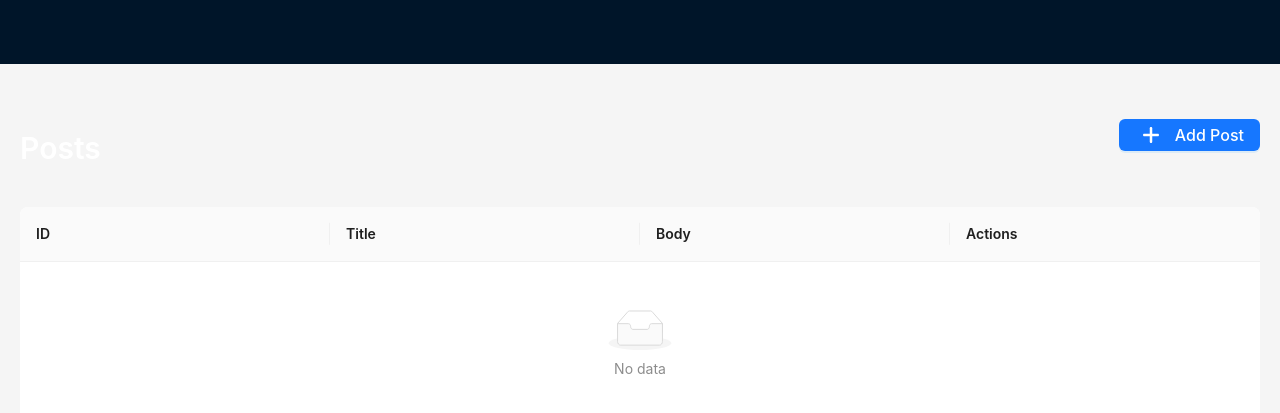
Repository: yasserrrz/Denamo-posts
Page: /
The author's editor kept a copy of each file at every save. The page is drawn from the files as they stood at one save, then again after a run of saves.
The browser window is 1280 px wide. The pictures show the whole page.
The page's requests for data from a server got no answer. The project was rebuilt for these pictures with package versions that can differ from the ones it lists, and the page was loaded fresh each time. No one was signed in, and anything a server would have sent is missing. Also part of the build but not shown: src/components/PostForm.tsx.

Above is the page before, as saved 2024-11-28 16:02:21.

### src/App.tsx
import React, { useState } from 'react';
import { Button, Layout, Modal, Typography } from 'antd';
import DataTable from './components/DataTable';
// import AddPostForm from './components/AddPostForm';
import './App.css';
import PostForm from './components/PostForm';
import {ReactComponent as AddIcon} from "./assets/add-277.svg";
const { Header, Content } = Layout;
const { Title } = Typography;


const App: React.FC = () => {
  const [isModalOpen, setIsModalOpen] = useState(false);
  return (<>
    <Layout style={{ minHeight: '100vh' }}>
      <Header  style={{ color: 'white', textAlign: 'center'   }}>

      </Header>

      <Content style={{ padding: '20px' }}>
         <div style={{marginTop: '20px ' , marginBottom: '20px' , display: 'flex', justifyContent: 'space-between' , alignItems: 'center' }}>
         <Title level={2} style={{ color: 'white' , textAlign: 'center' , marginBottom:"0" }}>
          Posts
        </Title>
         <Button onClick={()=>{setIsModalOpen(true)}} style={{fontSize: '16px' , fontWeight: '500' , padding: '15px'}} type="primary"><AddIcon/> Add Post</Button>
         </div>
        <div style={{ marginTop: '40px' }}>
          <DataTable />
        </div>
      </Content>
    </Layout>
    <Modal open={isModalOpen} title="Add New Post" centered width={800} onCancel={() => setIsModalOpen(false)} footer={null}>
      <PostForm  setIsModalOpen={setIsModalOpen} />
    </Modal>
  </>
  );
};

export default App;

### src/components/DataTable.tsx
import React, { useEffect, useState } from 'react';
import { Table, Button, Modal, Form, Input, notification } from 'antd';
import axios from 'axios';
import { Post } from '../types/Post';
import {ReactComponent as EditIcon} from "../assets/edit.svg"
import {ReactComponent as DeleteIcon} from "../assets/delete-icon-1.svg"
const DataTable: React.FC = () => {
  const [posts, setPosts] = useState<Post[]>([]);
  const [loading, setLoading] = useState<boolean>(true);
  const [editingPost, setEditingPost] = useState<Post | null>(null);
  const [isModalOpen, setIsModalOpen] = useState<boolean>(false);
  const [deleteModalOpen, setDeleteModalOpen] = useState<boolean>(false);

  useEffect(() => {
    const fetchData = async () => {
      setLoading(true);
      try {
        const response = await axios.get<Post[]>('https://jsonplaceholder.typicode.com/posts');
        setPosts(response.data);
      } catch (error) {
        console.log(error);
      } finally {
        setLoading(false);
      }
    };

    fetchData();
  }, []);

  const handleEdit = (post: Post) => {
    setEditingPost(post);
    setIsModalOpen(true);
  };

  const handleUpdatePost = async (values: Omit<Post, 'id'>) => {
    if (!editingPost) return;

    try {
      const response = await axios.put<Post>(
        `https://jsonplaceholder.typicode.com/posts/${editingPost.id}`,
        values
      );
      setPosts((prev) =>
        prev.map((post) => (post.id === editingPost.id ? { ...post, ...response.data } : post))
      );
      notification.success({
        message: 'Post Updated',
        description: `Post with ID ${editingPost.id} was updated successfully.`,
      });
    } catch (error) {
      notification.error({
        message: 'Error',
        description: 'Failed to update the post.',
      });
    } finally {
      setIsModalOpen(false);
      setEditingPost(null);
    }
  };

  const handleDelete = async (id: number) => {
    try {
      await axios.delete(`https://jsonplaceholder.typicode.com/posts/${id}`);
      setPosts((prev) => prev.filter((post) => post.id !== id));
      notification.success({
        message: 'Post Deleted',
        description: `Post with ID ${id} was deleted successfully.`,
      });
    } catch (error) {
      notification.error({
        message: 'Error',
        description: 'Failed to delete the post.',
      });
    }
    setDeleteModalOpen(false);
  };

  const columns = [
    {
      title: 'ID',
      dataIndex: 'id',
      key: 'id',
    },
    {
      title: 'Title',
      dataIndex: 'title',
      key: 'title',
    },
    {
      title: 'Body',
      dataIndex: 'body',
      key: 'body',
    },
    {
      title: 'Actions',
      key: 'actions',
      render: (text: any, record: Post) => (
        <div style={{ width: '100%', display: 'flex', gap: '10px', justifyContent: 'space-around' }}>
          <Button type="primary"  onClick={() => handleEdit(record)}>
            <EditIcon/>
          </Button>
          <Button type={"primary"} danger onClick={() => {
            setEditingPost(record);
            setDeleteModalOpen(true);
          }}>
            <DeleteIcon/>
          </Button>
        </div>
      ),
    },
  ];

  return (
    <>
      <Table
        dataSource={posts}
        columns={columns}
        rowKey="id"
        loading={loading}
        scroll={{ y: "calc(100vh - 250px)",  x: 700}}
        pagination={{ pageSize: 10 }}
      />

      {/* Edit Modal */}
      <Modal
        title="Edit Post"
        open={isModalOpen}
        onCancel={() => setIsModalOpen(false)}
        footer={null}
        style={{maxWidth: 800}}
        centered
      >
        <Form
          initialValues={{ title: editingPost?.title, body: editingPost?.body }}
          onFinish={handleUpdatePost}
          layout="vertical"
        >
          <Form.Item
            name="title"
            label="Title"
            rules={[{ required: true, message: 'Please input the title!' }]}

          >
            <Input placeholder="Enter post title" />
          </Form.Item>
          <Form.Item
            name="body"
            label="Body"
            rules={[{ required: true, message: 'Please input the body!' }]}
          >
            <Input.TextArea rows={4} placeholder="Enter post body" />
          </Form.Item>
          <Form.Item style={{ textAlign: 'center' , display: 'flex', justifyContent: 'flex-end' }}>
            <Button type="default"  htmlType="submit">
              Update Post
            </Button>
          </Form.Item>
        </Form>
      </Modal>

      {/* Delete Modal */}
      <Modal
        title="Delete Post"
        open={deleteModalOpen}
        onCancel={() => setDeleteModalOpen(false)}
        footer={null}
        style={{ maxWidth: 500 }}
        centered
      >
        <p>Are you sure you want to delete this post?</p>
        <div style={{ display: 'flex', gap: '10px', justifyContent: "flex-end" }}>
          <button className='delete-btn' onClick={() => handleDelete(editingPost?.id || 0)}>
            Yes
          </button>
          <button  className='cancel' onClick={() => setDeleteModalOpen(false)}>No</button>
        </div>
      </Modal>
    </>
  );
};

export default DataTable;

### src/App.css
.cancel{
  color: #000000e0;
  background-color: #fff;
  border: 1px solid #000000e0;
  border-radius: 8px;
  padding: 8px 15px;
  cursor: pointer;
  transition: all 0.15s ease-in-out;
}

.cancel:hover{
  background-color: #000000e0;
  color: #fff;
}

.delete-btn{
  color: #fff;
  background-color: #ff4d4f;
  border: 1px solid #ff4d4f;
  border-radius: 8px;
  padding: 8px 15px;
  cursor: pointer;
  transition: all 0.15s ease-in-out;
}

.delete-btn:hover{
  background-color: #fff;
  color: #ff4d4f;
  border: 1px solid #ff4d4f;
}

.ant-table-body {
  scrollbar-width: thin;
  scrollbar-color: #888 #f5f5f5;
  overflow-y: scroll; /* Ensure vertical scrolling is functional */
  scrollbar-width: none; /* Hide scrollbar in Firefox */
}

.ant-table-body ::-webkit-scrollbar-corner
 {
  display: none;
}

.svg-container {
  width: 24px;
  height: 24px;
}

.svg-container svg {
  width: 100%;
  height: 100%;
}

Loaded but not shown: public/index.html (common file); src/index.tsx (common file); src/index.css (common file); src/reportWebVitals.ts (common file)

After the next 6 saves:
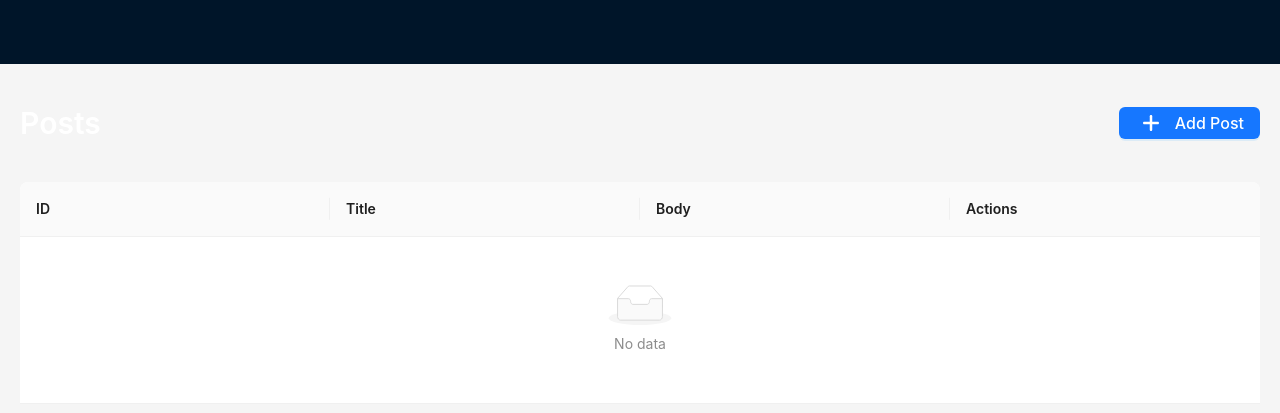
The 6 saves are shown as one change because 1 did not build or start and some came seconds apart.
The last was saved 17 s later.
--- a/src/App.tsx
+++ b/src/App.tsx
@@ -19,7 +19,7 @@ const App: React.FC = () => {
 
       <Content style={{ padding: '20px' }}>
          <div style={{marginTop: '20px ' , marginBottom: '20px' , display: 'flex', justifyContent: 'space-between' , alignItems: 'center' }}>
-         <Title level={2} style={{ color: 'white' , textAlign: 'center' , marginBottom:"0" }}>
+         <Title level={2} style={{ color: 'white' , textAlign: 'center' , marginBottom:"0px" , marginTop:"0px" }}>
           Posts
         </Title>
          <Button onClick={()=>{setIsModalOpen(true)}} style={{fontSize: '16px' , fontWeight: '500' , padding: '15px'}} type="primary"><AddIcon/> Add Post</Button>
